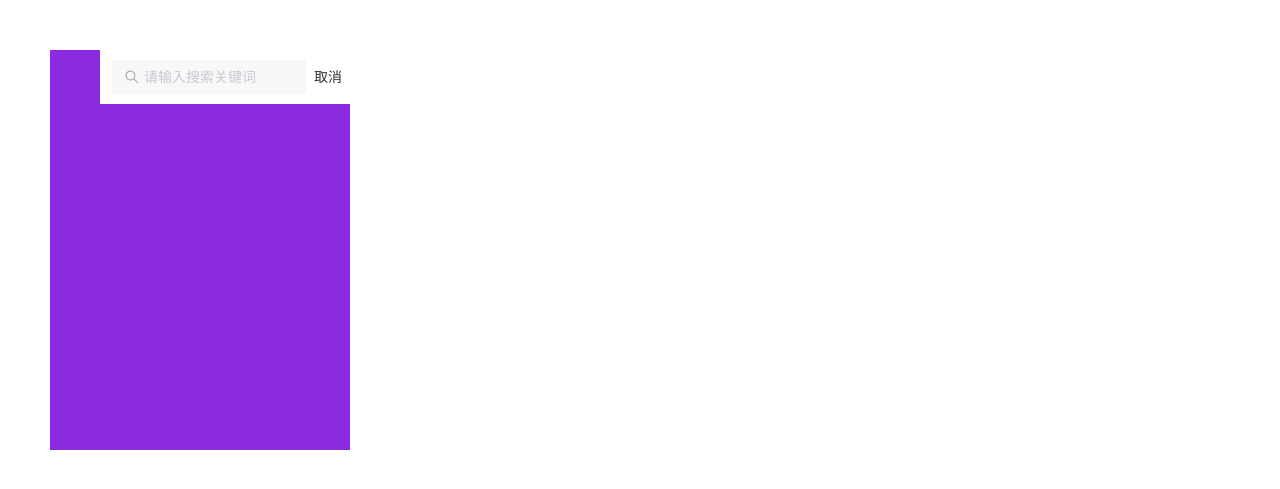
Repository: liyang777777/shangcheng
Page: /
An editor plug-in stored every save of this project. The page is shown before and after the next save, followed by the edit.
The browser window is 1280 px wide. The pictures show the whole page.
The project was rebuilt for these pictures with package versions that can differ from the ones it lists, and the page was loaded fresh each time. Also part of the build but not shown: vue.config.js. Imported but missing from the stored project, and not drawn on this page: src/views/About.

Above is the page before, as saved 2020-06-22 10:40:09.

### src/main.js
import Vue from 'vue';
import App from './App.vue';
import router from './router';
import store from './store';
import Vant from 'vant';
import 'vant/lib/index.css';

import { Form } from 'vant';
import { Search } from 'vant';

Vue.config.productionTip = false
Vue.use(Vant);
Vue.use(Form);
Vue.use(Search);

new Vue({
  router,
  store,
  render: h => h(App)
}).$mount('#app')

### src/App.vue
<template>
  <div id="app">

    <router-view/>
  </div>
</template>

<style lang="scss">

</style>

### src/router/index.js
import Vue from 'vue'
import VueRouter from 'vue-router'
import Home from '../views/Home.vue'


Vue.use(VueRouter)

  const routes = [
  {
    path: '/',
    name: 'Home',
    component: Home
  },
  {
    path: '/about',
    name: 'About',

    component: () => import('../views/About')
  },
  {
    path: '/details',
    name: 'Details',

    component: () => import('../views/details/Details')
  },
  {
    path: '/login',
    name: 'Login',

    component: () => import('../views/login/Login')
  }
]

const router = new VueRouter({
  mode: 'history',
  base: process.env.BASE_URL,
  routes
})

export default router

### src/views/Home.vue
<template>
  <div class="content">
    <form action="/" class="box">
      <van-search
        v-model="value"
        show-action
        placeholder="请输入搜索关键词"
        @search="onSearch"
        @cancel="onCancel"
      />
    </form>
  </div>
</template>

<script>
import { Toast } from "vant";
export default {
  name: "",
  props: {},
  components: {},
  data() {
    return {
      value: ""
    };
  },
  methods: {
    onSearch(val) {
      Toast(val);
    },
    onCancel() {
      Toast("搜索");
    }
  },
  mounted() {},
  watch: {},
  computed: {}
};
</script>

<style scoped lang='scss'>
.content {
  width: 300px;
  height: 400px;
  background: blueviolet;
  margin-top: 50px;
  margin-left: 50px;
}
.box {
  height: 25px;
  margin-left: 50px;
}
</style>

Loaded but not shown: public/index.html (common file); src/store/index.js (common file)

After the next save:
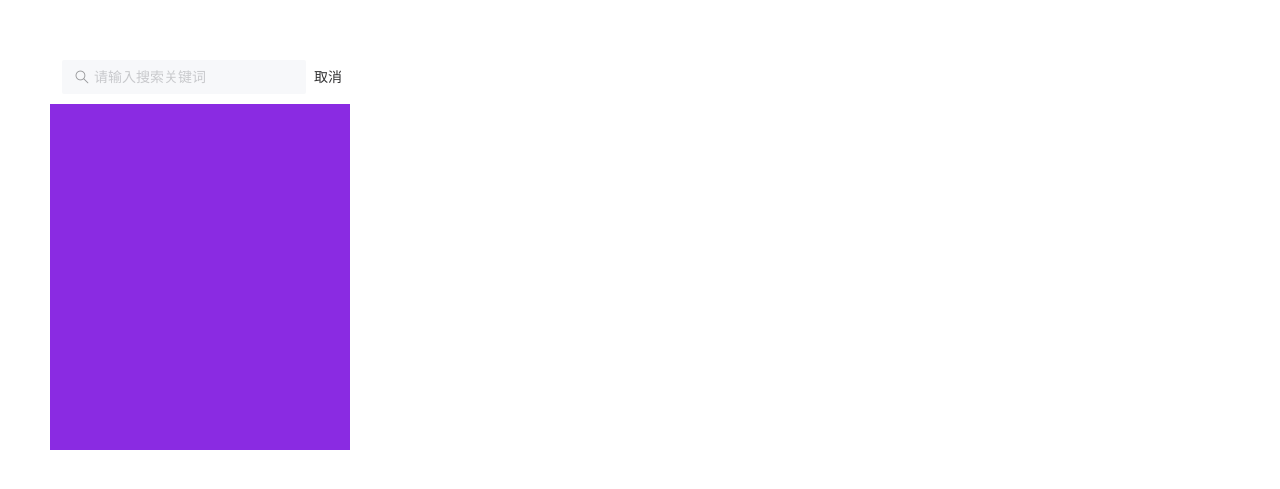
Saved 98 s later.
--- a/src/views/Home.vue
+++ b/src/views/Home.vue
@@ -46,7 +46,8 @@
   margin-left: 50px;
 }
 .box {
+
   height: 25px;
-  margin-left: 50px;
+
 }
 </style>

After the save that followed:
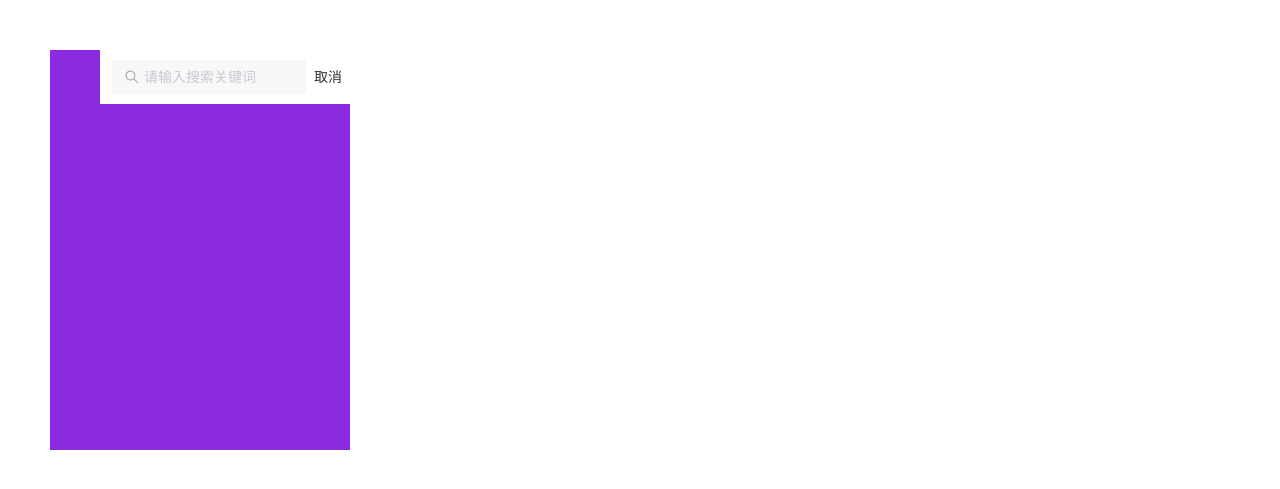
Saved 11 s later.
--- a/src/views/Home.vue
+++ b/src/views/Home.vue
@@ -48,6 +48,6 @@
 .box {
 
   height: 25px;
-
+  margin-left: 50px;
 }
 </style>
